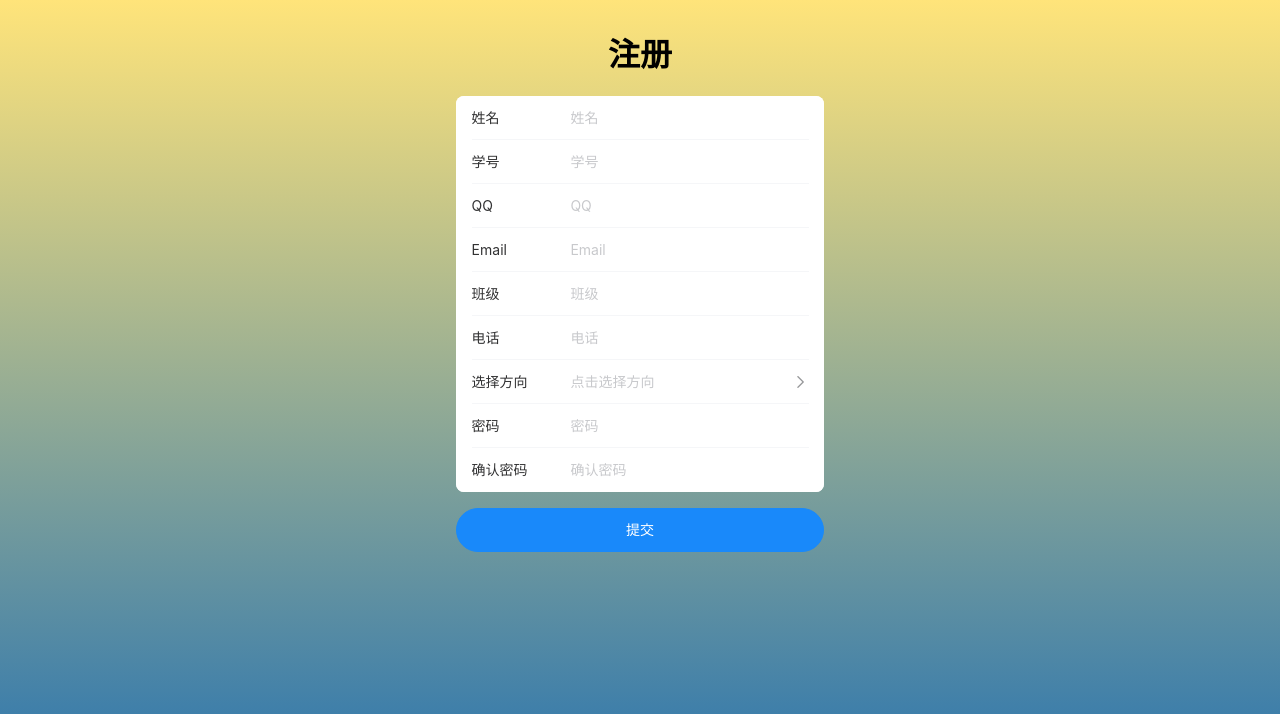
Repository: Qwenicq/new_sys
Page: /register (app in new-syws/)
The author's editor kept a copy of each file at every save. The page is drawn from the files as they stood at one save, then again after the next save.
The browser window is 1280 px wide. The pictures show the whole page.
The project was rebuilt for these pictures with package versions that can differ from the ones it lists, and the page was loaded fresh each time. Also part of the build but not shown: new-syws/vite.config.js, new-syws/src/components/user.vue.

Above is the page before, as saved 2024-01-27 14:14:32.

After the next save:
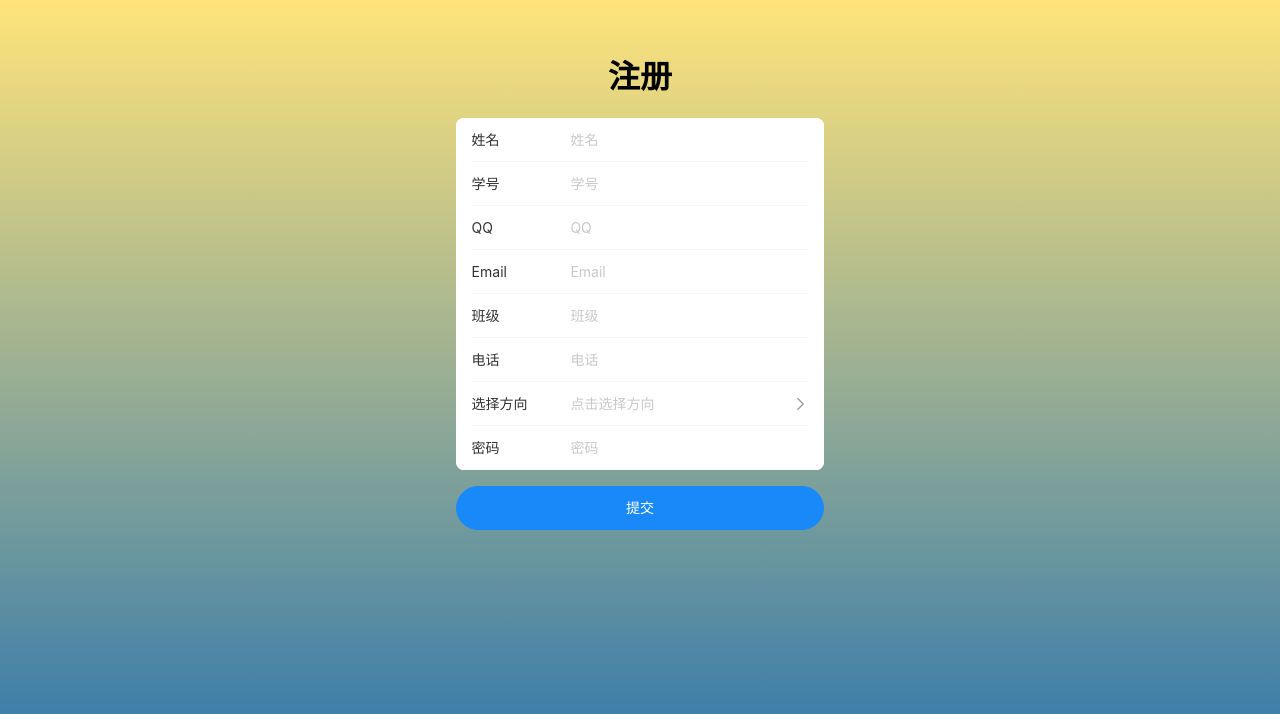
Saved 81 s later.
--- a/new-syws/src/views/register/RegisterPage.vue
+++ b/new-syws/src/views/register/RegisterPage.vue
@@ -129,33 +129,6 @@
               }
             ]"
           />
-          <van-field
-            v-model="formModel.Repassword"
-            type="password"
-            name="确认密码"
-            label="确认密码"
-            placeholder="确认密码"
-            :rules="[
-              { required: true, message: '请确认密码', trigger: 'blur' },
-              {
-                pattern: /^\S{6,15}$/,
-                message: '密码必须是 6-15位 的非空字符',
-                trigger: 'blur'
-              },
-              {
-                validator: (rule, value) => {
-                  const { confirmPassword, password } = this
-
-                  if (value !== confirmPassword) {
-                    return Promise.reject(new Error('两次输入的密码不一致'))
-                  } else {
-                    return Promise.resolve()
-                  }
-                },
-                trigger: 'onBlur'
-              }
-            ]"
-          />
         </van-cell-group>
 
         <div style="margin: 16px">
